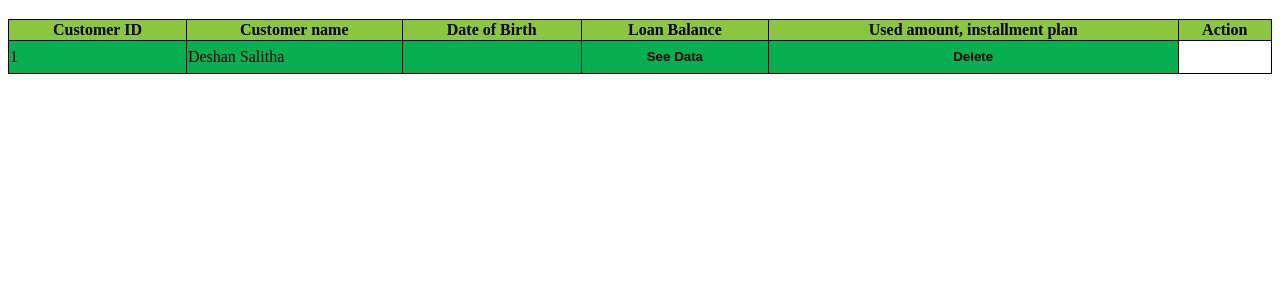
Repository: developerks611/loanweb
Page: http://localhost/loan-web/viewcustomers.jsp
An editor plug-in stored every save of this project. The page is shown before and after the next save, followed by the edit.
The browser window is 1280 px wide. The pictures show the whole page.
The page is served by Tomcat 9. Other server files are loaded and not shown.

Above is the page before, as saved 2023-03-10 10:37:58.

### loan-web/src/main/webapp/viewcustomers.jsp
<%@ page language="java" contentType="text/html; charset=ISO-8859-1"
    pageEncoding="ISO-8859-1" isELIgnored="false"%>
 <%@ taglib prefix = "c" uri = "http://java.sun.com/jsp/jstl/core" %>
<!DOCTYPE html>
<html>
<head>
<meta charset="ISO-8859-1">
<title>View Brad</title>
<style>
table, td, th {
  border: 1px solid;
  border-collapse: collapse;
}

table {
  width: 100%;
  border-collapse: collapse;
}
th{
background-color:#8CC640;

}
td{

background-color:#06B051;
}

.btn{
	width:100%;
	height:30px;
	font-weight:bold;
	background-color:#06B051;
	border-style: none;
}
</style>
</head>
<body>
<h3 style="color:blue; text-align:left;">${msg }</h3>
 <table>
  <tr>
    <th>Customer ID</th>
    <th>Customer name</th>
    <th>Date of Birth</th>
     <th>Loan Balance</th>
     <th>Used amount, installment plan </th>
    <th colspan="2">Action</th>
  </tr>

  <tr>
  	<td>1</td>
  	<td>Deshan Salitha</td>
  	<td></td>
  	<td>


  	<button type="submit" class="btn">See Data</button>

  	</td>
  	<td><button type="submit" class="btn">Delete</button></td>

  </tr>

  </table>
</body>
</html>

After the next save:
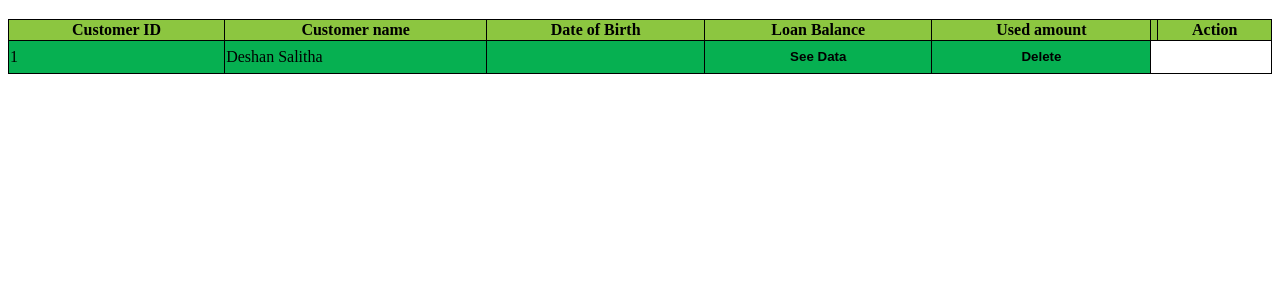
Saved 10 s later.
--- a/loan-web/src/main/webapp/viewcustomers.jsp
+++ b/loan-web/src/main/webapp/viewcustomers.jsp
@@ -42,7 +42,8 @@ background-color:#06B051;
     <th>Customer name</th>
     <th>Date of Birth</th>
      <th>Loan Balance</th>
-     <th>Used amount, installment plan </th>
+     <th>Used amount</th>
+     <th></th>
     <th colspan="2">Action</th>
   </tr>
 
